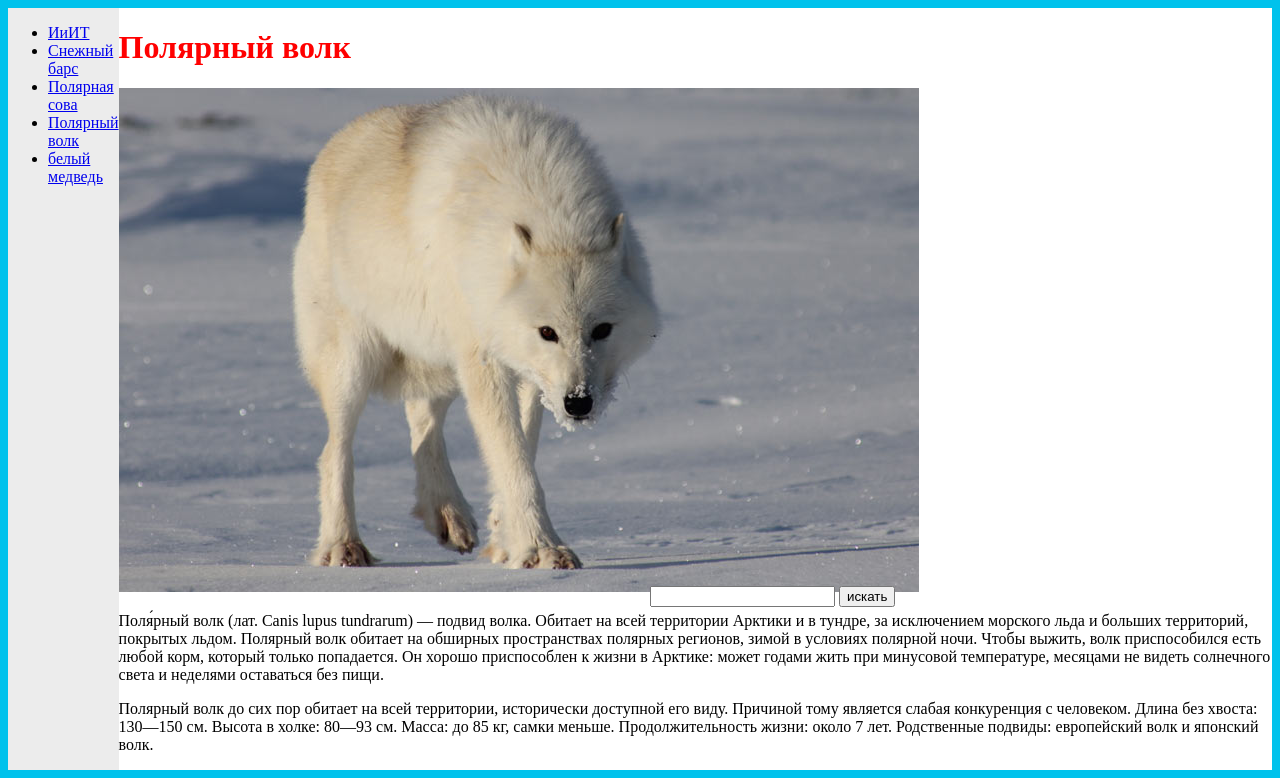
Repository: polinamalysheva/polina.github.io
Page: week11/5.html
The author's editor kept a record of every edit. The page is drawn from the files as they stood at one moment, then again after the next edit.
The browser window is 1280 px wide. The pictures show the whole page.

Above is the page before.

### week11/5.html
<!DOCTYPE html>
<html>
 <head>
   <meta charset="utf-8">
        <title>ИиИТ</title>
        <link href="style.css" rel="stylesheet">
 </head>
 <body>
     <div id="flex">
         <nav>
                <ul>
                    <li><a href="index.html">ИиИТ</a></li>
                    <li><a href="2.html">Снежный барс </a></li>
                    <li><a href="3.html">Полярная сова </a></li>
                    <li><a href="4.html">Полярный волк </a></li>
                    <li><a href="5.html">белый медведь </a></li>
                </ul>
            </nav>
     <main>
  <h1>Полярный волк</h1>
  <img src="polyarnyj-volk-1.jpg">
  <p>
   Поля́рный волк (лат. Canis lupus tundrarum) — подвид волка. Обитает на всей территории Арктики и в тундре, за исключением морского льда и больших территорий, покрытых льдом.
   Полярный волк обитает на обширных пространствах полярных регионов, зимой в условиях полярной ночи. Чтобы выжить, волк приспособился есть любой корм, который только попадается.
   Он хорошо приспособлен к жизни в Арктике: может годами жить при минусовой температуре, месяцами не видеть солнечного света и неделями оставаться без пищи.</p>
  <p>
   Полярный волк до сих пор обитает на всей территории, исторически доступной его виду. Причиной тому является слабая конкуренция с человеком.
   Длина без хвоста: 130—150 см. Высота в холке: 80—93 см. Масса: до 85 кг, самки меньше. Продолжительность жизни: около 7 лет. Родственные подвиды: европейский волк и японский волк.</p>
     </main>
    </div>
    <div id="google2">
                <form action="https://www.google.com/search" method="get">
                <input type="text" name="q">
                <input type="submit" value="искать">
                </form>
    </div>
 </body>
</html>

### week11/style.css
body {
    background-color: #00c2ec;
}
#flex {
    display: flex;
    flex-direction: row;
}
#google {
    display: flex;
    flex-direction: row;
    padding: 10px;
    position: absolute;
    top: 50%;
    left: 50%;
    margin-right: -50%;
}
#google2 {
    display: flex;
    flex-direction: row;
    padding: 10px;
    position: absolute;
    top: 80%;
    left: 50%;
    margin-right: -50%;
}
nav {
    background-color: #ececec;
}
main {
    background-color: #ffffff;
}
h1 {
    color: red;
}

After the next edit:
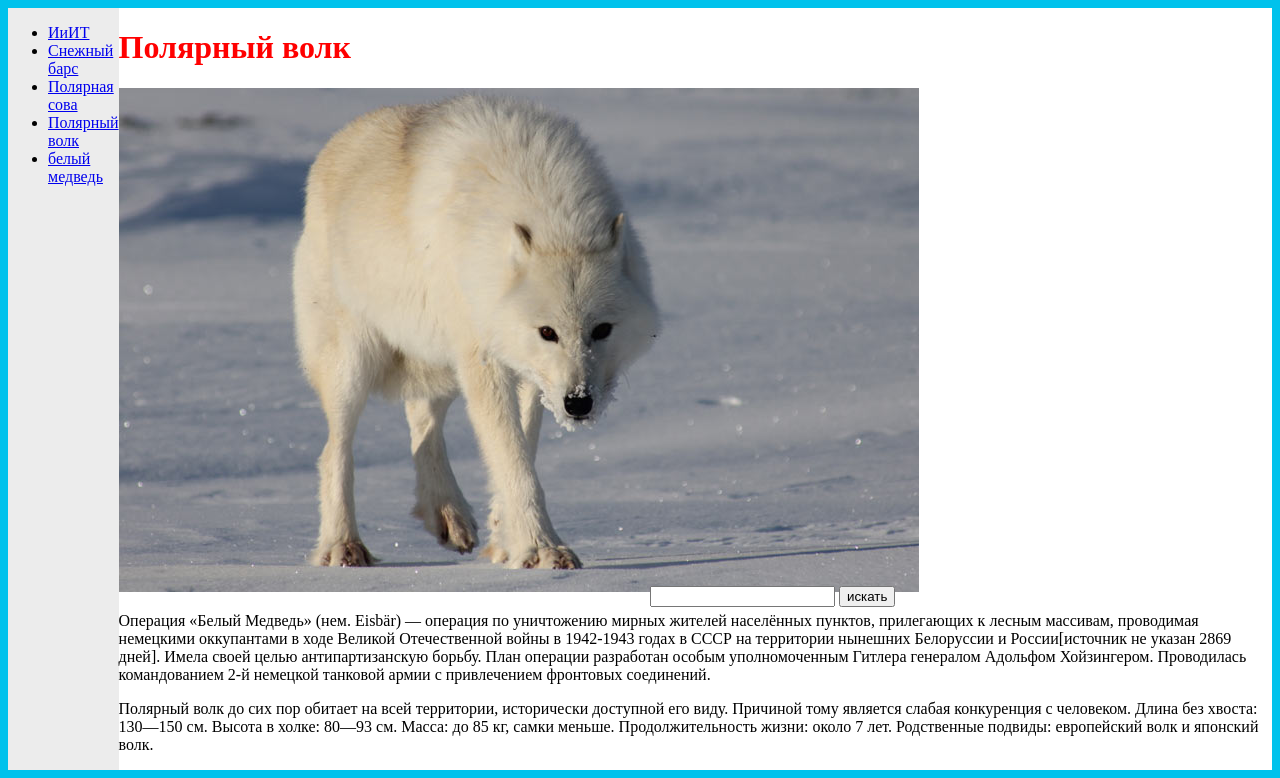
The edit:
--- a/week11/5.html
+++ b/week11/5.html
@@ -20,9 +20,10 @@
   <h1>Полярный волк</h1>
   <img src="polyarnyj-volk-1.jpg">
   <p>
-   Поля́рный волк (лат. Canis lupus tundrarum) — подвид волка. Обитает на всей территории Арктики и в тундре, за исключением морского льда и больших территорий, покрытых льдом.
-   Полярный волк обитает на обширных пространствах полярных регионов, зимой в условиях полярной ночи. Чтобы выжить, волк приспособился есть любой корм, который только попадается.
-   Он хорошо приспособлен к жизни в Арктике: может годами жить при минусовой температуре, месяцами не видеть солнечного света и неделями оставаться без пищи.</p>
+   Операция «Белый Медведь» (нем. Eisbär) — операция по уничтожению мирных жителей населённых пунктов, прилегающих к лесным массивам,
+   проводимая немецкими оккупантами в ходе Великой Отечественной войны в 1942-1943 годах в СССР на территории нынешних Белоруссии и России[источник не указан 2869 дней].
+   Имела своей целью антипартизанскую борьбу. План операции разработан особым уполномоченным Гитлера генералом Адольфом Хойзингером. Проводилась командованием 2-й немецкой
+   танковой армии с привлечением фронтовых соединений.</p>
   <p>
    Полярный волк до сих пор обитает на всей территории, исторически доступной его виду. Причиной тому является слабая конкуренция с человеком.
    Длина без хвоста: 130—150 см. Высота в холке: 80—93 см. Масса: до 85 кг, самки меньше. Продолжительность жизни: около 7 лет. Родственные подвиды: европейский волк и японский волк.</p>
